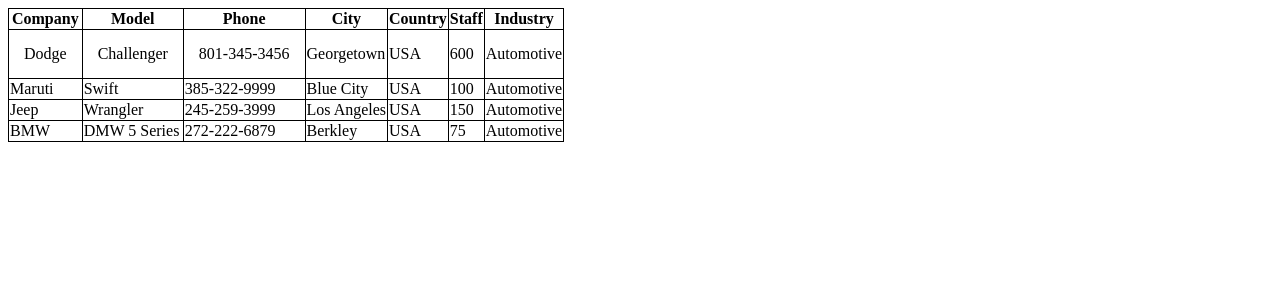
Repository: vgoins-RA2022/HTML-2
Page: index.html
The author's editor kept a copy of each file at every save. The page is drawn from the files as they stood at one save, then again after the next save.
The browser window is 1280 px wide. The pictures show the whole page.

Above is the page before, as saved 2023-01-21 22:23:18.

### index.html
<!DOCTYPE html>
<html lang="en">

<head>
  <meta charset="UTF-8">
  <meta name="viewport" content="width=device-width, initial-scale=1">
  <link rel="stylesheet" href="../HTML-2/src/css/Style.css" type="text/css">
  <title>HTML Table Assignment 2</title>
</head>

<body>
  <!-- Build Table -->
  <table>
    <thead>
      <tr>
        <!-- Name colomn headings -->
        <th>Company</th>
        <th>Model</th>
        <th>Phone</th>
        <th>City</th>
        <th>Country</th>
        <th>Staff</th>
        <th>Industry</th>
      </tr>
    </thead>
    <tbody>
      <tr>
        <!--Beginning table data  -->
        <td class="table-cell-padding">Dodge</td>
        <td class="table-cell-padding">Challenger</td>
        <td class="table-cell-padding">801-345-3456</td>

        <td>Georgetown</td>
        <td>USA</td>
        <td>600</td>
        <td>Automotive</td>
      </tr>
       <tr>
        <td>Maruti</td>
        <td>Swift</td>
        <td>385-322-9999</td>
        <td>Blue City</td>
        <td>USA</td>
        <td>100</td>
        <td>Automotive</td>
      </tr><tr>
        <td>Jeep</td>
        <td>Wrangler</td>
        <td>245-259-3999</td>
        <td>Los Angeles</td>
        <td>USA</td>
        <td>150</td>
        <td>Automotive</td>
      </tr>
      <tr>
        <td>BMW</td>
        <td>DMW 5 Series</td>
        <td>272-222-6879</td>
        <td>Berkley</td>
        <td>USA</td>
        <td>75</td>
        <td>Automotive</td>
      </tr>
    </tbody>
    <!-- Ending table data -->
  </table>

 </body>

</html>

### src/css/Style.css

table, th, td {
  border: 1px solid black;
  border-collapse: collapse;
}

  .table-cell-padding {
    padding: 15px;
  }

After the next save:
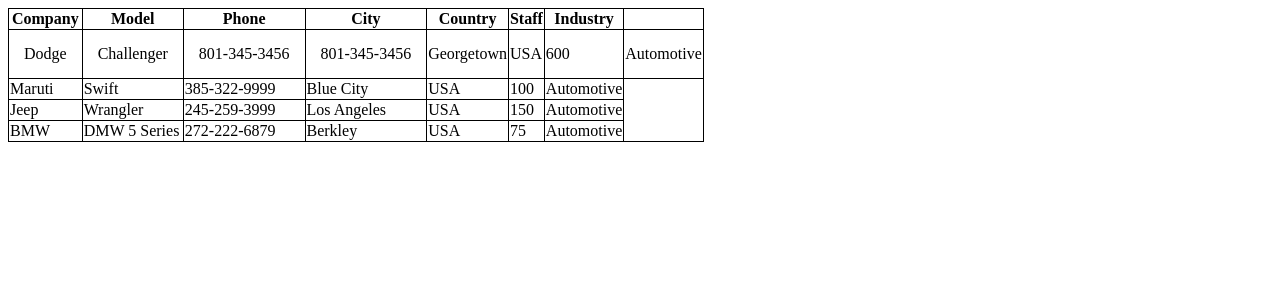
Saved 89 s later.
--- a/index.html
+++ b/index.html
@@ -29,7 +29,7 @@
         <td class="table-cell-padding">Dodge</td>
         <td class="table-cell-padding">Challenger</td>
         <td class="table-cell-padding">801-345-3456</td>
-
+        <td class="table-cell-padding">801-345-3456</td>
         <td>Georgetown</td>
         <td>USA</td>
         <td>600</td>
